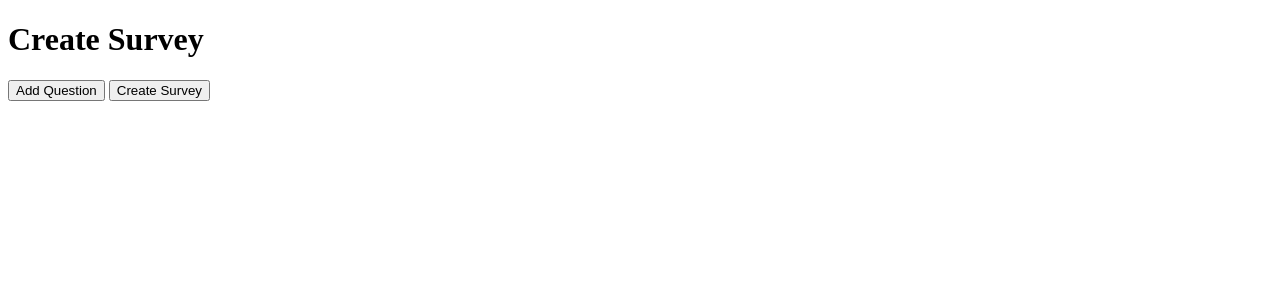
Repository: miki-babi/survey
Page: http://localhost/survey/create
These files come from the project's save history. The page is drawn as it stood at one moment and after the next save; the edit follows.
The browser window is 1280 px wide. The pictures show the whole page.
The page is served by the project's Laravel application, run on PHP 8.4 with Laravel 12. A made-up administrator, Test User (test@example.com), is signed in. Other server files are loaded and not shown.

Above is the page before, as saved 2024-10-28 16:19:23.

### routes/web.php
<?php

use App\Http\Controllers\ProfileController;
use Illuminate\Support\Facades\Route;

Route::get('/', function () {
    return view('welcome');
});

Route::get('/dashboard', function () {
    return view('dashboard');
})->middleware(['auth', 'verified'])->name('dashboard');

Route::middleware('auth')->group(function () {
    Route::get('/profile', [ProfileController::class, 'edit'])->name('profile.edit');
    Route::patch('/profile', [ProfileController::class, 'update'])->name('profile.update');
    Route::delete('/profile', [ProfileController::class, 'destroy'])->name('profile.destroy');
});



use App\Http\Controllers\SurveyController;

// Create a survey
Route::post('/survey/create', [SurveyController::class, 'createSurvey'])->name('survey.create');
Route::get('/survey/create',
function () {
    return view('create-survey');
}
)->name('survey.create');

// Get a survey (for answering)
Route::get('/survey/get', [SurveyController::class, 'getSurvey'])->name('survey.get');

// Submit answers for a survey
Route::post('/survey/answer', [SurveyController::class, 'submitAnswers'])->name('survey.answer');




require __DIR__.'/auth.php';

### resources/views/create-survey.blade.php
<!DOCTYPE html>
<html lang="en">
<head>
   <meta charset="UTF-8">
   <meta name="viewport" content="width=device-width, initial-scale=1.0">
   <title>Create Survey</title>
   <link rel="stylesheet" href="https://cdnjs.cloudflare.com/ajax/libs/font-awesome/6.0.0-beta3/css/all.min.css" integrity="sha384-k6RqeWeci5ZR/Lv4MR0sA0FfDOM+OPvv+0DFeZxSTLsLnYy0Y6xzFgN6C/tn6iGQ" crossorigin="anonymous">
</head>
<body>
   <h1>Create Survey</h1>
   <form id="surveyForm" action="/survey/create" method="POST">
       @csrf
       <div id="questionsContainer"></div>

       <button type="button" onclick="addQuestion()">Add Question</button>
       <button type="submit">Create Survey</button>
   </form>
<h1>

</h1>
   <script>
       let questionCount = 0;

       function addQuestion() {
           questionCount++;
           const questionId = `question_${questionCount}`;

           const questionContainer = document.createElement('div');
           questionContainer.id = questionId;
           questionContainer.innerHTML = `
               <h3>Question ${questionCount}</h3>
               <label>Content:</label>
               <input type="text" name="questions[${questionCount}][content]" required><br>

               <label>Is Final Question:</label>
                <input type="hidden" name="questions[${questionCount}][is_final]" value="0">
                <input type="checkbox" name="questions[${questionCount}][is_final]" value="1">

               <label>Type:</label>
               <select name="questions[${questionCount}][type]" required>
                   <option value="single">Single Answer</option>
                   <option value="multiple">Multiple Choice</option>
               </select><br>

               <div id="choicesContainer_${questionCount}"></div>
               <button type="button" onclick="addChoice(${questionCount})">Add Choice</button>
               <hr>
           `;

           document.getElementById('questionsContainer').appendChild(questionContainer);
       }

       function addChoice(questionIndex) {
           const choicesContainer = document.getElementById(`choicesContainer_${questionIndex}`);
           const choiceCount = choicesContainer.childElementCount + 1;
           const choiceContainer = document.createElement('div');
           choiceContainer.innerHTML = `
               <label>Choice ${choiceCount}:</label>
               <input type="text" name="questions[${questionIndex}][choices][${choiceCount}][content]" required>
               <label>Next Question ID (optional):</label>
               <input type="number" name="questions[${questionIndex}][choices][${choiceCount}][next_question_id]">
               <br>
           `;

           choicesContainer.appendChild(choiceContainer);
       }
   </script>
</body>
</html>

Loaded but not shown: routes/auth.php (common file); app/Http/Controllers/Auth/EmailVerificationPromptController.php (common file); app/Http/Controllers/Controller.php (common file); app/Http/Controllers/Auth/VerifyEmailController.php (common file); app/Models/User.php (common file)

After the next save:
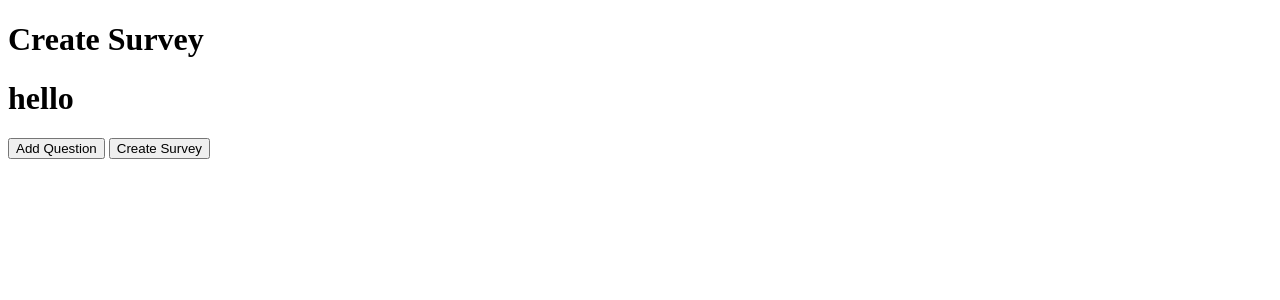
Saved 26 s later.
--- a/resources/views/create-survey.blade.php
+++ b/resources/views/create-survey.blade.php
@@ -11,7 +11,7 @@
    <form id="surveyForm" action="/survey/create" method="POST">
        @csrf
        <div id="questionsContainer"></div>
-
+        <h1>hello</h1>
        <button type="button" onclick="addQuestion()">Add Question</button>
        <button type="submit">Create Survey</button>
    </form>
